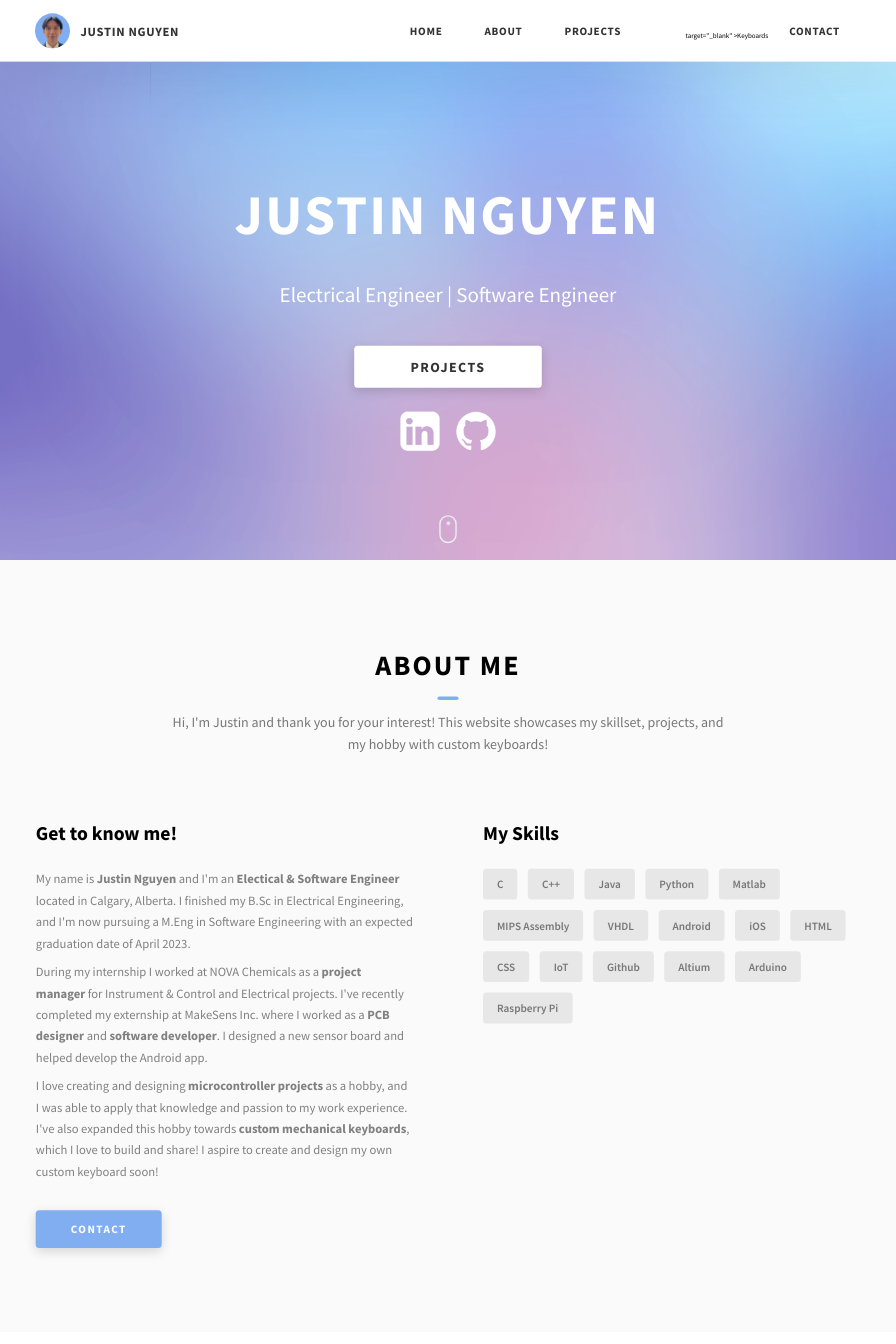
Repository: justinknguyen/Personal-Portfolio
Page: index.html
The author's editor kept a copy of each file at every save. The page is drawn from the files as they stood at one save, then again after the next save.
The browser window is 1280 px wide. The pictures show the part of the page from y = 0 to 1920 px (the page is 6076 px tall), at 70% of full size.
The style sheet was rebuilt from its Sass, Less or Tailwind sources for each picture, by a compiler version that may differ from the author's.

Above is the page before, as saved 2022-09-10 14:45:07.

After the next save:
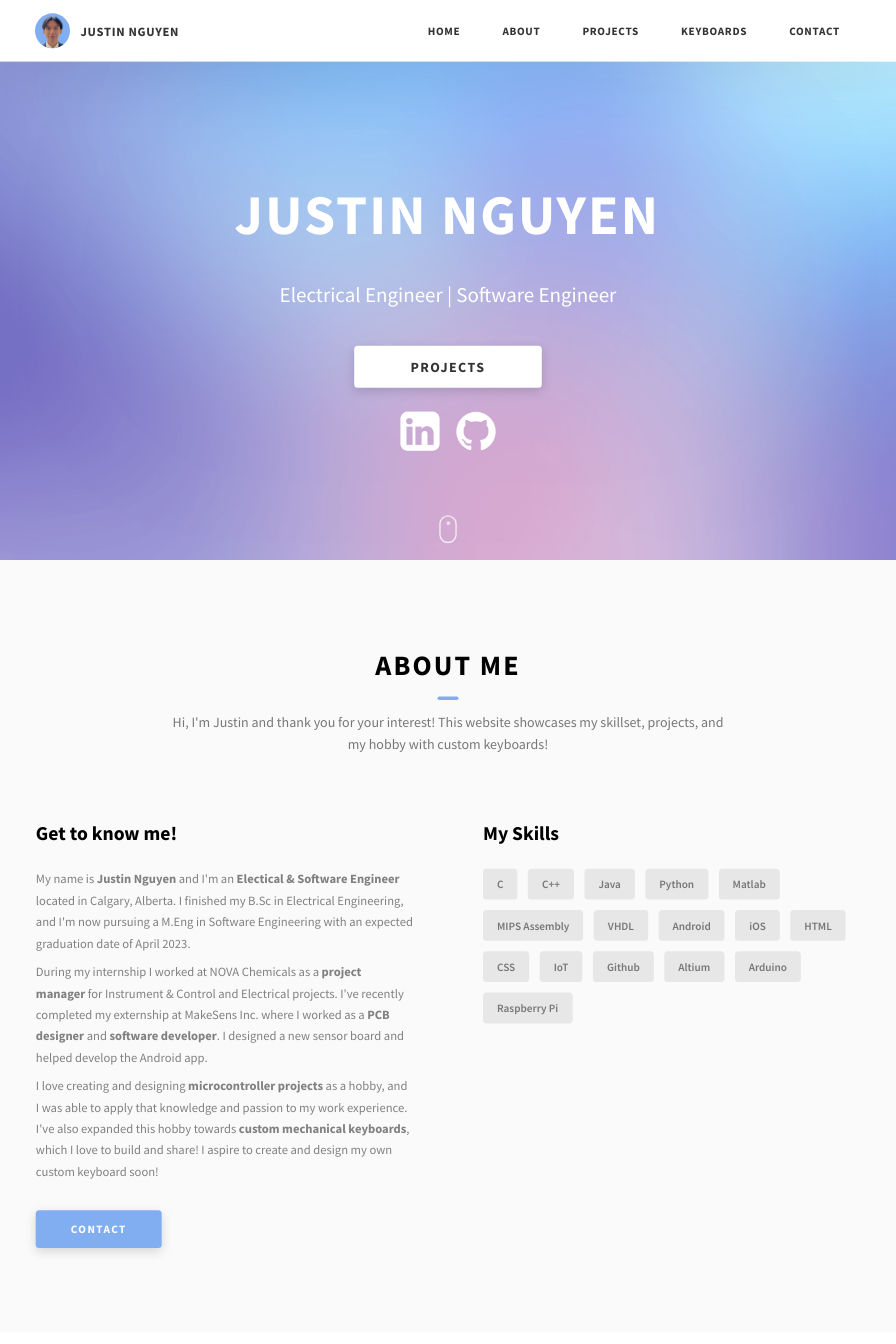
Saved 18 s later.
--- a/index.html
+++ b/index.html
@@ -47,7 +47,7 @@
             <li class="header__link-wrapper">
               <a
                 href="./keyboards.html"
-                class="header__link"></a>
+                class="header__link"
                 target="_blank"
                 >Keyboards</a
               >
